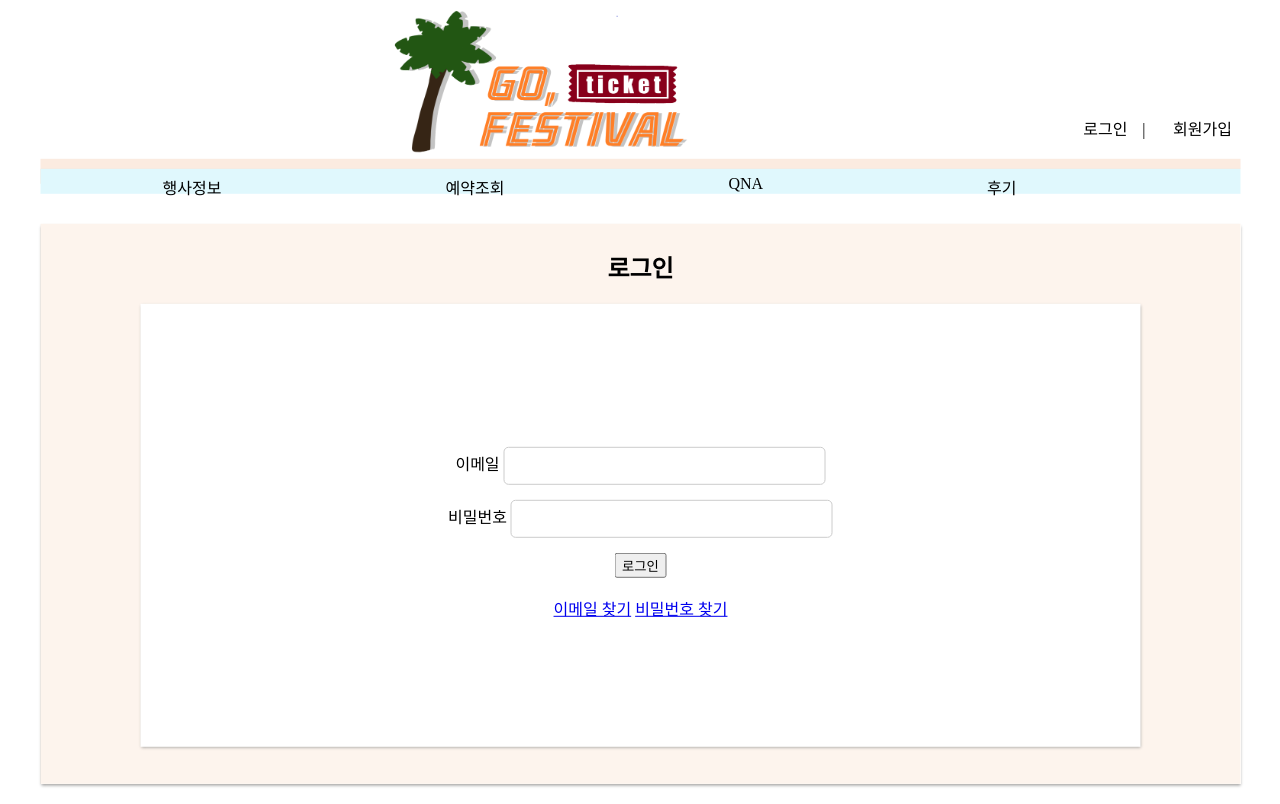
Repository: Changgyu1/Chang_Gu
Page: http://localhost/Project/login.jsp
These files come from the project's save history. The page is drawn as it stood at one moment and after the next save; the edit follows.
The browser window is 1280 px wide. The pictures show the whole page.
Some web fonts or font styles are not loaded; a fallback is used. The page is served by Tomcat 9.

Above is the page before, as saved 2023-11-16 08:08:18.

After the next save:
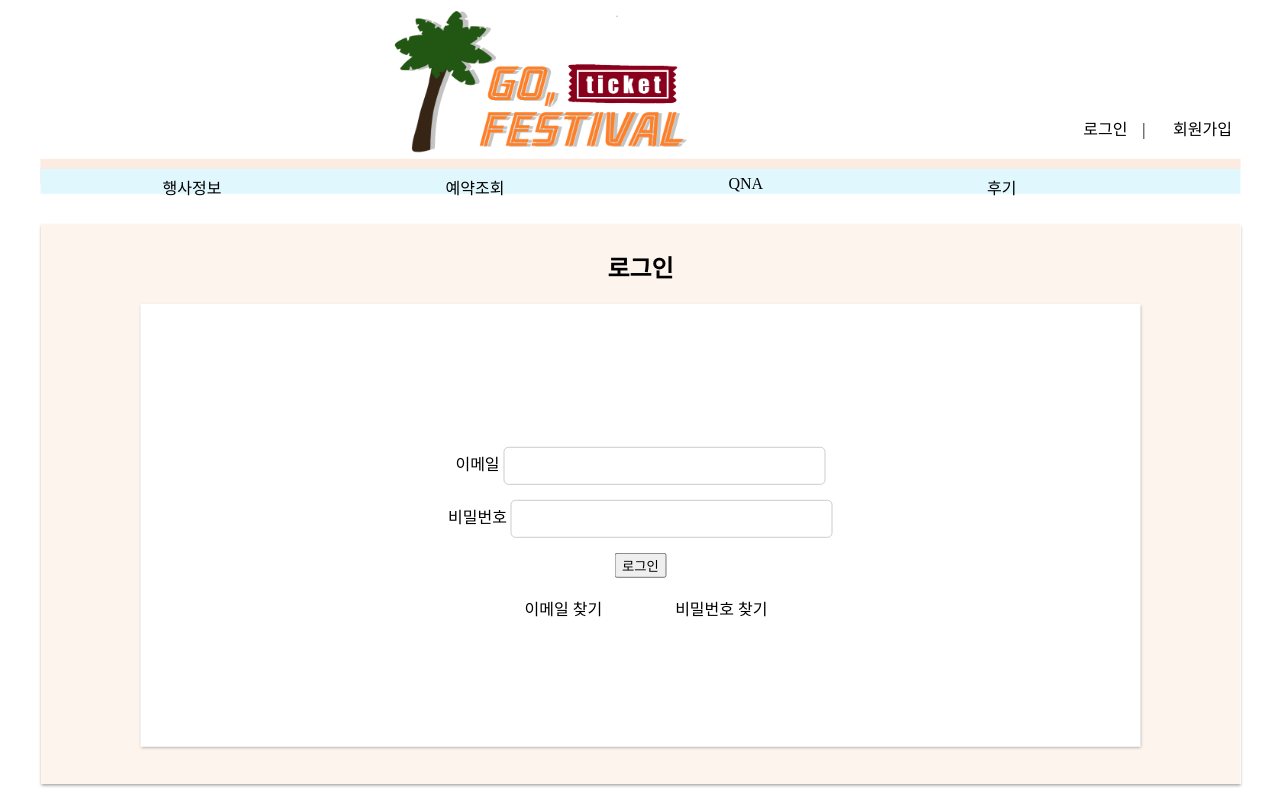
Saved 9 s later.
--- a/Project/src/main/webapp/login.jsp
+++ b/Project/src/main/webapp/login.jsp
@@ -8,7 +8,7 @@
 <link rel="stylesheet" href="./hjCss/main.css">
 <link rel="stylesheet" href="./hjCss/reservationSearchInfo.css">
 <style>
-alink.{
+.alink{
 	text-align: center;  text-decoration: none;
 	  color: inherit;
 	      margin: 0px 29px 0px 40px;
